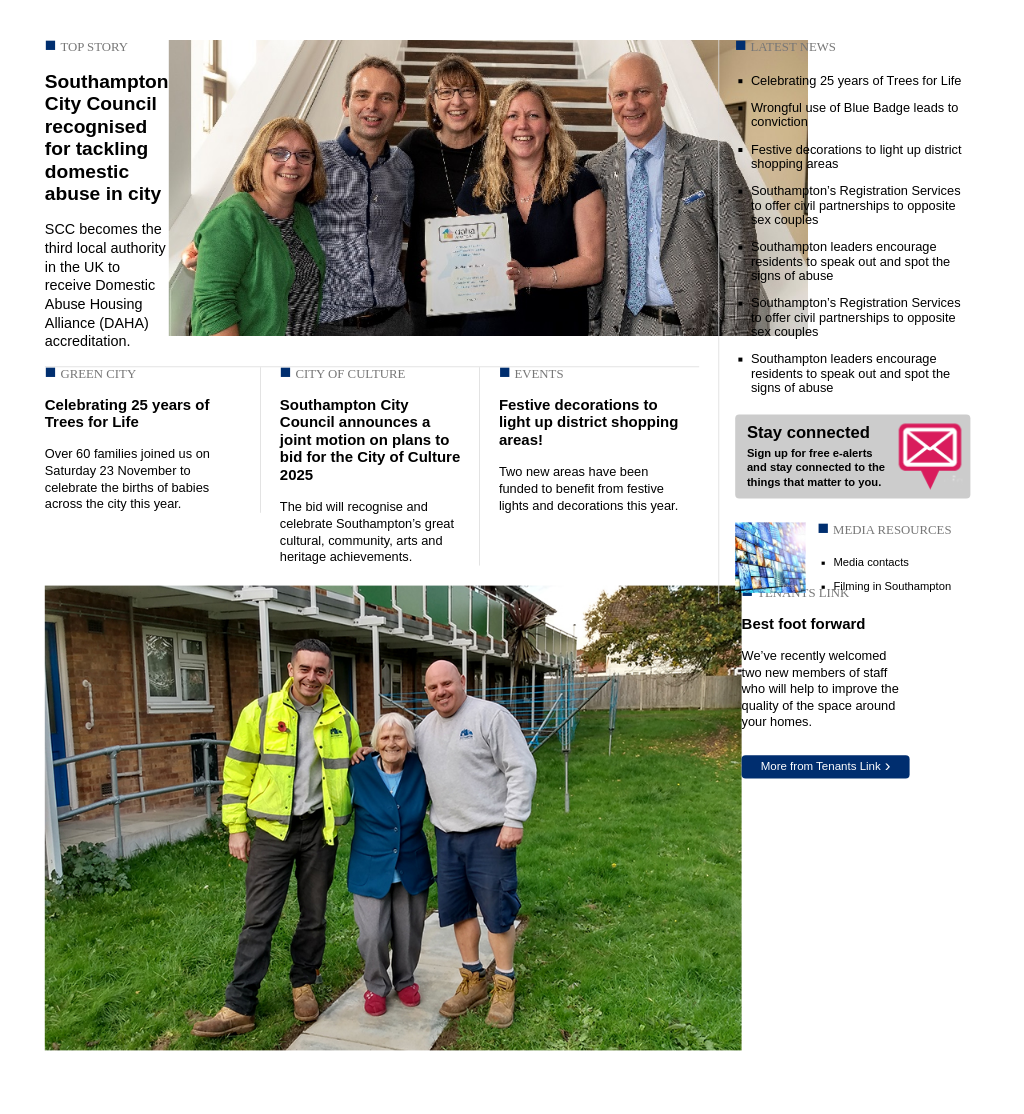
Repository: Domehead123/newspage
Page: news.html
The author's editor kept a record of every edit. The page is drawn from the files as they stood at one moment, then again after the next edit.
The browser window is 1280 px wide. The pictures show the whole page, at 80% of full size.
Some web libraries are served in a nearby version.

Above is the page before.

### news.html
<!DOCTYPE html>
<html lang="en">

<head>
    <meta charset="UTF-8">
    <meta name="viewport" content="width=device-width, initial-scale=1.0">
    <meta http-equiv="X-UA-Compatible" content="ie=edge">
    <script src="https://ajax.googleapis.com/ajax/libs/jquery/3.4.1/jquery.min.js"></script>

    <script src="https://kit.fontawesome.com/aae406265c.js" crossorigin="anonymous"></script>

    <link rel="stylesheet" href="news.css" type="text/css" />
    <title>News & Events</title>
</head>

<body>
    <div class="page-width">

        <div class="split-page">
            <div class="top-row">
                <div class="top-story">

                    <div class="subject-header">TOP STORY</div>


                    <h2><a href="#">
Southampton City Council recognised for tackling domestic abuse in city</a></h2>
                    <p><a href="#">SCC becomes the third local authority in the UK to receive Domestic Abuse Housing Alliance (DAHA) accreditation.</a></p>
                </div>

                <div class="top-story-image">
                    <img src="images/DAHA.jpg">
                </div>
            </div>


            <div class=".middle-row">
                <div class="topic right-border">
                    <div class="subject-header ">GREEN CITY</div>

                    <h3><a href="#">
Celebrating 25 years of Trees for Life
 </a></h3>
                    <p><a href="#">Over 60 families joined us on Saturday 23 November to celebrate the births of babies across the city this year.</a></p>
                </div>
                <div class="topic right-border">
                    <div class="subject-header">CITY OF CULTURE</div>

                    <h3><a href="#">Southampton City Council announces a joint motion on plans to bid for the City of Culture 2025</a></h3>
                    <p><a href="#">The bid will recognise and celebrate Southampton’s great cultural, community, arts and heritage achievements.</a></p>
                </div>

                <div class="topic">
                    <div class="subject-header ">EVENTS</div>

                    <h3><a href="#">
Festive decorations to light up district shopping areas!
 </a></h3>
                    <p><a href="#">Two new areas have been funded to benefit from festive lights and decorations this year.</a></p>

                </div>

            </div>




            <div class="bottom-row">
                <div class="lower-image">
                    <a href="#"><img src="images/tenants.jpg"></a>
                </div>
                <div class="tenants-container">
                    <div class="tenants">

                        <div class="subject-header ">TENANTS LINK</div>

                        <h3><a href="#">Best foot forward</a></h3>
                        <p><a href="#">We’ve recently welcomed two new members of staff who will help to improve the quality of the space around your homes. </a></p>

                    </div>
                    <p class="more"><a href="#">More from Tenants Link</a></p>
                </div>




            </div>




        </div>

        <div class="side-panel">

            <div class="latest-news">
                <div class="subject-header">LATEST NEWS</div>

                <ul>
                    <li><a href="#">Celebrating 25 years of Trees for Life</a></li>
                    <li><a href="#">Wrongful use of Blue Badge leads to conviction</a></li>
                    <li><a href="#">Festive decorations to light up district shopping areas</li>
                    <li><a href="#">Southampton’s Registration Services to offer civil partnerships to opposite sex couples</a></li>
                    <li><a href="#">Southampton leaders encourage residents to speak out and spot the signs of abuse</a></li>
                    <li><a href="#">Southampton’s Registration Services to offer civil partnerships to opposite sex couples</a></li>
                    <li><a href="#">Southampton leaders encourage residents to speak out and spot the signs of abuse</a></li>

                </ul>
            </div>
            <div class="connected">

                <a href="#"><img src="images/connected.png"></a>
                <h2><a href="#">Stay connected</a></h2>

                <p><a href="#">Sign up for free e-alerts and stay connected to the things that matter to you.</a></p>
            </div>

            <div class="media">
                <div class="media-image">
                    <img src="images/media2.jpg">
                </div>


                <div class="media-text">
                    <div class="subject-header ">MEDIA RESOURCES</div>

                    <ul>
                        <li><a href="# ">Media contacts</a></li>
                        <li><a href="# ">Filming in Southampton</a></li>

                    </ul>
                </div>

            </div>






        </div>






</body>

</html>

### news.css
/* REMOVE LEFT-HAND NAV */

.sidebar__content {
    display: none !important;
}

.page-body {
    left: 0 !important;
    width: 100% !important;
    font-size: 20px;
}

.page-width {
    max-width: 1168px;
    margin: 50px auto;
    padding: 0 25px;
}


/* GENERAL STYLING AND LINKS */

h2,
h3,
h4,
li,
p {
    font-family: "franklin-gothic-urw", sans-serif;
}


p {
    font-size: 18px;
    line-height: 130%;
}


a {
    color: #000;
    text-decoration: none;
    transition: 0.4s all;
}

.centre {
    margin: 0 auto;
}


.topic:hover a,
.top-story:hover a,
.tenants:hover a,
.latest-news a:hover,
.connected:hover a,
.more a:hover,
.media a:hover {
    text-decoration: underline;
}

.subject-header {
    color: #777;
}

.subject-header:before {
    content: "\25A0";
    line-height: 0;
    font-size: 1.5em;
    color: #002e6f;
    margin-right: 5px;
}

/* MAIN CONTENT */

.split-page {
    display: inline-block;
    vertical-align: top;
    width: 70%;
}


.split-page .latest-news {
    padding: 25px 0;
    display: none;
    border-bottom: 1px solid #ddd;
    margin-bottom: 0;
}

.top-row {
    display: flex;
    border-bottom: 1px solid #ddd;
}

.middle-row {
    clear: both;
    display: flex;
    flex-wrap: wrap;
    border-bottom: 1px solid #ddd;
    padding: 25px 0 20px 0;
}

.bottom-row {
    clear: both;
    display: flex;
    padding: 25px 0;
}

.top-story {
    margin: 0;
    box-sizing: border-box;
}

.top-story::after {
    content: "";
    clear: both;
    display: table;
}


.top-large-pic {
    display: block;
    margin: 0 0 20px 20px;
    height: 200px;
    float: right;
}

.top-small-pic {
    display: none;
    float: right;
    margin: 0 0 20px 20px;
    height: 100px;
}

.topic {
    width: 33%;
    padding: 0 20px;
    box-sizing: border-box;
    display: inline-block;
    vertical-align: top;
}

.right-border {}

.topic p {
    font-size: 16px;
    margin-bottom: 0;
}

.tenants p {
    font-size: 16px;
}

.topic:nth-child(1) {
    padding: 0 20px 0 0;
    border-right: 1px solid #ddd;
}

.topic:nth-child(2) {
    border-right: 1px solid #ddd;
}

.lower-stories {
    border-right: 1px solid #ddd;
}

.bottom-large-pic {
    height: 200px;
    margin-right: 20px;
    float: left;
}

.bottom-small-pic {
    display: none;
    float: right;
    margin: 0 0 20px 20px;
    height: 100px;
}

.tenants-container {
    margin-right: 20px;
    box-sizing: border-box;
    display: inline-block;
    vertical-align: top;
}

.more {
    font-size: 0.9em;
    background: #002e6f;
    width: 200px;
    padding: 5px;
    text-align: center;
    border-radius: 5px;
}

.tenants-container .more {
    float: left;
}

.more a {
    color: #fff;
}

.more::after {
    content: "\203A";
    color: #fff;
    font-size: 1.5em;
    line-height: 0;
    margin-left: 5px;
    position: relative;
    top: 1px;
}



/* SIDE PANEL */

.side-panel {
    display: inline-block;
    vertical-align: top;
    width: 27%;
    margin-left: 20px;
    border-left: 1px solid #ddd;
    padding-left: 20px;
    box-sizing: border-box;
}

.latest-news {
    margin-bottom: 1.5em;
}

.latest-news ul,
.media ul {
    padding: 0 0 0 20px;
    margin-top: 1.5em;
}

.latest-news ul li,
.media ul li {
    margin: 0 0 1em 0;
    font-size: 16px;
    list-style-type: square;
}

.extras {
    display: flex;
    flex-wrap: wrap;
}


.connected {
    background: #ccc;
    padding: 10px 10px 10px 15px;
    border-radius: 5px;
    margin-bottom: 30px;
    width: 100%;
    box-sizing: border-box;
}

.connected img {
    float: right;
    height: 85px;
    margin-left: 10px;
}

.connected h2 {
    font-size: 1.3em;
    margin: 0 0 5px 0;
}

.connected p {
    font-size: 14px;
    font-weight: bold;
    margin: 0;
}


.connected::after {
    content: "";
    clear: both;
    display: table;
}

.media {
    width: 100%;

}

.media img {
    float: left;
    width: 30%;
    margin-right: 15px;
}

.media ul {
    padding: 0 0 0 20px;
    margin-top: 1.5em;
    margin-bottom: 0;
    display: inline-block;
    box-sizing: border-box;
    width: 60%;
}

.media ul li {
    margin: 0 0 1em 0;
    list-style-type: square;
    font-size: 14px;
}

.extras {
    display: flex;
}


@media only screen and (max-width: 1000px) {
@media only screen and (max-width: 1150px) {
    .top-story-video {
        width: 100%;
    }



}
    .split-page {
        width: 100%;
    }

    .side-panel {
        width: 100%;
        border-left: 0;
        margin: 0;
        padding: 0;
    }

    .split-page .latest-news {
        display: block
    }

    .side-panel .latest-news {
        display: none;
    }

    .connected {
        width: 45%;
        margin-right: 25px;
        margin-bottom: 0;
    }

    .media {
        width: 45%;
        border: 1px solid #ddd;
        padding: 15px;
        border-radius: 5px;
        box-sizing: content-box;
    }

}


@media only screen and (max-width: 750px) {
    .top-large-pic {
        display: none;
    }

    .top-small-pic {
        display: block;
    }

    .bottom-large-pic {
        display: none;
    }

    .bottom-small-pic {
        display: block;
    }

    .tenants-container {
        margin-right: 0;
    }

    .tenants-container .more {
        float: none;
        margin: 10px auto;
        clear: both;
    }

}


@media only screen and (max-width: 660px) {
    .connected {
        width: 100%;
        margin-right: 0;
        margin-bottom: 25px;
    }

    .media {
        width: 100%;
    }

    .media img {
        height: 100px;
        width: auto;
    }



}


@media only screen and (max-width: 600px) {
    .topic {
        width: 100%;
    }

    .topic:nth-child(1) {
        padding: 0 0 25px 0;
        border-right: 0;
        border-bottom: 1px solid #ddd;
    }

    .topic:nth-child(2) {
        padding: 25px 0;
        border-right: 0;
        border-bottom: 1px solid #ddd;
    }

    .topic:nth-child(3) {
        padding: 25px 0 0 0;
    }


}



@media only screen and (max-width: 450px) {

    .top-small-pic,
    .bottom-small-pic {
        height: auto;
        width: 100%;
    }
}



@media only screen and (max-width: 400px) {

    .media img {
        display: none;
    }
}

After the next edit:
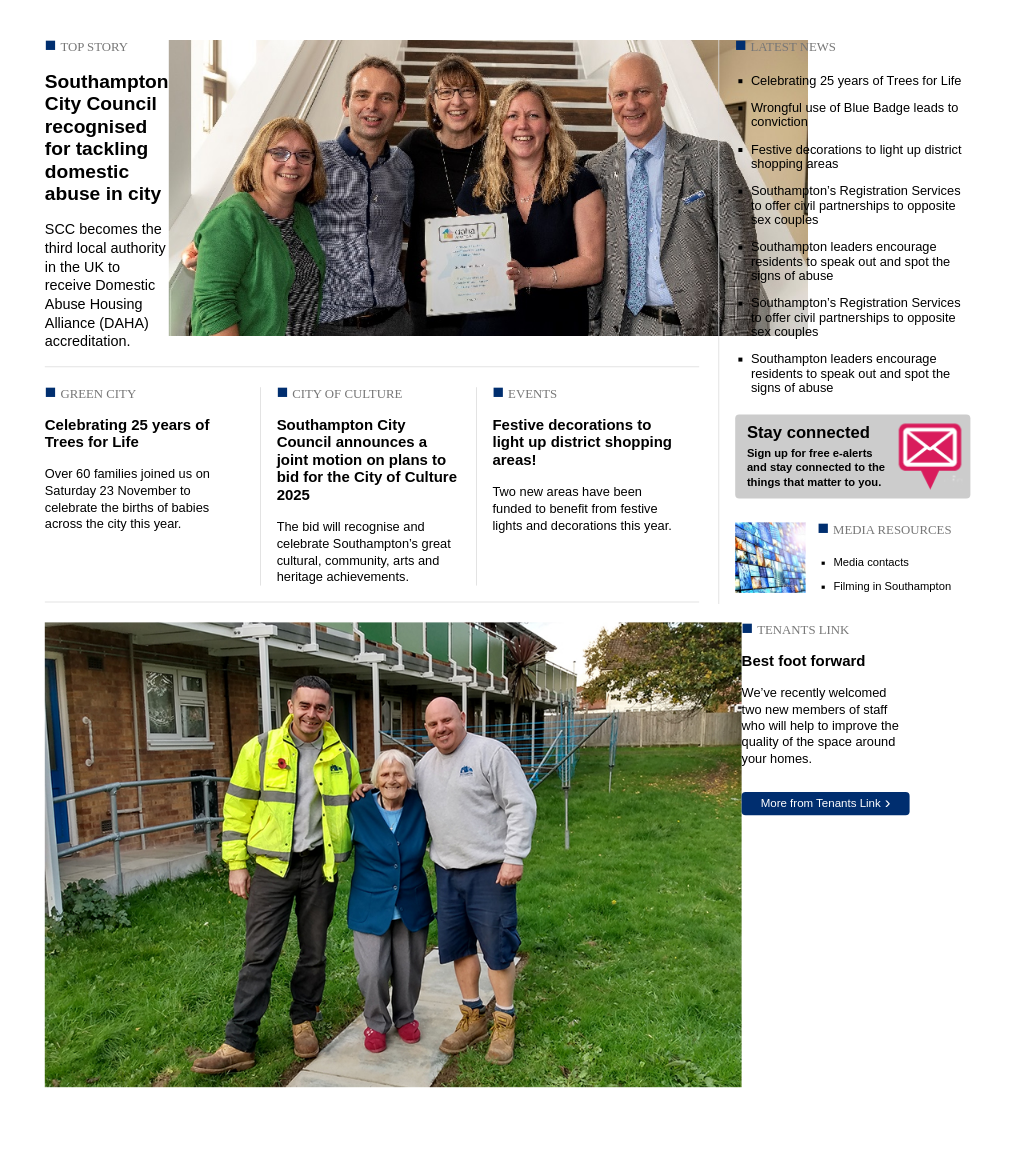
The edit:
--- a/news.html
+++ b/news.html
@@ -34,7 +34,7 @@
             </div>
 
 
-            <div class=".middle-row">
+            <div class="middle-row">
                 <div class="topic right-border">
                     <div class="subject-header ">GREEN CITY</div>
 
